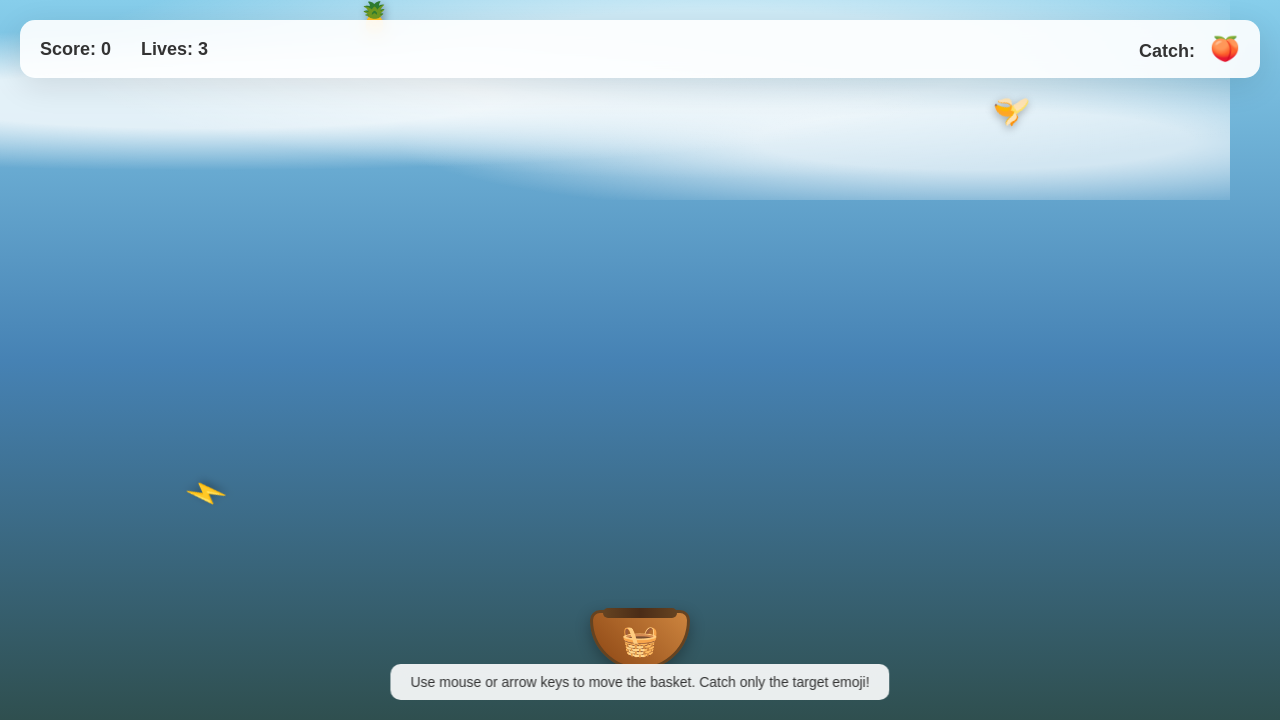
Repository: alokanand524/anand-portfolio
Page: games/rain-basket-game/index.html
These files come from the project's save history. The page is drawn as it stood at one moment and after the next save; the edit follows.
The browser window is 1280 px wide. The pictures show the whole page.

Above is the page before, as saved 2025-07-31 16:37:09.

### games/rain-basket-game/index.html
<!DOCTYPE html>
<html lang="en">
<head>
    <meta charset="UTF-8">
    <meta name="viewport" content="width=device-width, initial-scale=1.0">
    <title>Emoji Rain Catcher</title>
    <style>
        * {
            margin: 0;
            padding: 0;
            box-sizing: border-box;
        }

        body {
            font-family: 'Arial', sans-serif;
            background: linear-gradient(180deg, #87CEEB 0%, #4682B4 50%, #2F4F4F 100%);
            min-height: 100vh;
            overflow: hidden;
            position: relative;
            cursor: none;
        }

        .game-container {
            width: 100vw;
            height: 100vh;
            position: relative;
            overflow: hidden;
        }

        .game-header {
            position: fixed;
            top: 20px;
            left: 20px;
            right: 20px;
            z-index: 100;
            display: flex;
            justify-content: space-between;
            align-items: center;
            background: rgba(255, 255, 255, 0.9);
            padding: 15px 20px;
            border-radius: 15px;
            backdrop-filter: blur(10px);
            box-shadow: 0 8px 32px rgba(0, 0, 0, 0.1);
        }

        .score-info {
            display: flex;
            gap: 30px;
            align-items: center;
        }

        .score, .lives, .target {
            font-size: 18px;
            font-weight: bold;
            color: #333;
        }

        .target-emoji {
            font-size: 24px;
            margin-left: 10px;
            animation: pulse 1s ease-in-out infinite alternate;
        }

        @keyframes pulse {
            0% { transform: scale(1); }
            100% { transform: scale(1.2); }
        }

        .basket {
            position: fixed;
            bottom: 50px;
            left: 50%;
            transform: translateX(-50%);
            width: 100px;
            height: 60px;
            background: linear-gradient(45deg, #8B4513, #CD853F);
            border-radius: 10px 10px 50px 50px;
            border: 3px solid #654321;
            cursor: pointer;
            transition: all 0.1s ease;
            z-index: 50;
            box-shadow: 0 5px 15px rgba(0, 0, 0, 0.3);
        }

        .basket::before {
            content: '';
            position: absolute;
            top: -5px;
            left: 10px;
            right: 10px;
            height: 10px;
            background: linear-gradient(90deg, #654321, #4A2C17, #654321);
            border-radius: 5px;
        }

        .basket::after {
            content: '🧺';
            position: absolute;
            top: 50%;
            left: 50%;
            transform: translate(-50%, -50%);
            font-size: 30px;
        }

        .falling-emoji {
            position: absolute;
            font-size: 30px;
            user-select: none;
            z-index: 10;
            animation: fall linear;
            filter: drop-shadow(2px 2px 4px rgba(0, 0, 0, 0.3));
        }

        @keyframes fall {
            from {
                top: -50px;
                transform: rotate(0deg);
            }
            to {
                top: 100vh;
                transform: rotate(360deg);
            }
        }

        .catch-effect {
            position: absolute;
            font-size: 20px;
            color: #4CAF50;
            font-weight: bold;
            animation: catchEffect 1s ease-out forwards;
            z-index: 60;
            pointer-events: none;
        }

        @keyframes catchEffect {
            0% {
                opacity: 1;
                transform: scale(1) translateY(0);
            }
            100% {
                opacity: 0;
                transform: scale(1.5) translateY(-30px);
            }
        }

        .wrong-effect {
            position: absolute;
            font-size: 20px;
            color: #F44336;
            font-weight: bold;
            animation: wrongEffect 1s ease-out forwards;
            z-index: 60;
            pointer-events: none;
        }

        @keyframes wrongEffect {
            0% {
                opacity: 1;
                transform: scale(1);
            }
            50% {
                transform: scale(1.3);
            }
            100% {
                opacity: 0;
                transform: scale(0.8);
            }
        }

        .game-over {
            position: fixed;
            top: 50%;
            left: 50%;
            transform: translate(-50%, -50%);
            background: rgba(0, 0, 0, 0.9);
            color: white;
            padding: 40px;
            border-radius: 20px;
            text-align: center;
            z-index: 200;
            display: none;
            backdrop-filter: blur(10px);
        }

        .game-over h2 {
            font-size: 36px;
            margin-bottom: 20px;
            color: #FF6B6B;
        }

        .game-over p {
            font-size: 18px;
            margin-bottom: 30px;
        }

        .restart-btn {
            background: linear-gradient(45deg, #4CAF50, #45a049);
            color: white;
            border: none;
            padding: 15px 30px;
            font-size: 18px;
            border-radius: 10px;
            cursor: pointer;
            transition: all 0.3s ease;
        }

        .restart-btn:hover {
            transform: translateY(-2px);
            box-shadow: 0 5px 15px rgba(76, 175, 80, 0.3);
        }

        .instructions {
            position: fixed;
            bottom: 20px;
            left: 50%;
            transform: translateX(-50%);
            background: rgba(255, 255, 255, 0.9);
            padding: 10px 20px;
            border-radius: 10px;
            font-size: 14px;
            color: #333;
            z-index: 100;
            backdrop-filter: blur(10px);
        }

        .clouds {
            position: absolute;
            top: 0;
            left: 0;
            width: 100%;
            height: 200px;
            background:
                radial-gradient(ellipse at 20% 50%, rgba(255,255,255,0.8) 20%, transparent 50%),
                radial-gradient(ellipse at 60% 30%, rgba(255,255,255,0.6) 25%, transparent 60%),
                radial-gradient(ellipse at 80% 70%, rgba(255,255,255,0.7) 15%, transparent 40%);
            animation: drift 20s linear infinite;
            z-index: 1;
        }

        @keyframes drift {
            0% { transform: translateX(-100px); }
            100% { transform: translateX(100px); }
        }

        .screen-shake {
            animation: shake 0.5s ease-in-out;
        }

        @keyframes shake {
            0%, 100% { transform: translate(0, 0); }
            25% { transform: translate(-5px, 0); }
            50% { transform: translate(5px, 0); }
            75% { transform: translate(-5px, 0); }
        }
    </style>
</head>
<body>
    <div class="game-container" id="gameContainer">
        <div class="clouds"></div>

        <div class="game-header">
            <div class="score-info">
                <div class="score">Score: <span id="scoreValue">0</span></div>
                <div class="lives">Lives: <span id="livesValue">3</span></div>
            </div>
            <div class="target">
                Catch: <span class="target-emoji" id="targetEmoji">🍎</span>
            </div>
        </div>

        <div class="basket" id="basket"></div>

        <div class="game-over" id="gameOver">
            <h2>Game Over!</h2>
            <p>Final Score: <span id="finalScore">0</span></p>
            <button class="restart-btn" onclick="restartGame()">Play Again</button>
        </div>

        <div class="instructions">
            Use mouse or arrow keys to move the basket. Catch only the target emoji!
        </div>
    </div>

    <script>
        let score = 0;
        let lives = 3;
        let gameRunning = true;
        let basketPosition = 50; // percentage
        let currentTarget = '🍎';
        let gameSpeed = 1;
        let spawnRate = 1500;

        const emojis = ['🍎', '🍌', '🍊', '🍇', '🍓', '🥝', '🍑', '🍒', '🥭', '🍍'];
        const badEmojis = ['💣', '☠️', '⚡', '🔥', '❌'];

        const basket = document.getElementById('basket');
        const gameContainer = document.getElementById('gameContainer');
        const scoreElement = document.getElementById('scoreValue');
        const livesElement = document.getElementById('livesValue');
        const targetElement = document.getElementById('targetEmoji');
        const gameOverElement = document.getElementById('gameOver');
        const finalScoreElement = document.getElementById('finalScore');

        let spawnInterval;
        let difficultyInterval;

        function initGame() {
            score = 0;
            lives = 3;
            gameRunning = true;
            basketPosition = 50;
            gameSpeed = 1;
            spawnRate = 1500;
            updateUI();
            setNewTarget();
            startSpawning();
            startDifficultyIncrease();
        }

        function updateUI() {
            scoreElement.textContent = score;
            livesElement.textContent = lives;
            targetElement.textContent = currentTarget;
        }

        function setNewTarget() {
            const randomIndex = Math.floor(Math.random() * emojis.length);
            currentTarget = emojis[randomIndex];
            updateUI();
        }

        function moveBasket(newPosition) {
            basketPosition = Math.max(5, Math.min(95, newPosition));
            basket.style.left = basketPosition + '%';
        }

        function createFallingEmoji() {
            if (!gameRunning) return;

            const emoji = document.createElement('div');
            emoji.className = 'falling-emoji';

            // 70% chance for good emojis, 20% for target, 10% for bad emojis
            const rand = Math.random();
            if (rand < 0.2) {
                emoji.textContent = currentTarget;
                emoji.dataset.type = 'target';
            } else if (rand < 0.8) {
                const randomEmoji = emojis[Math.floor(Math.random() * emojis.length)];
                emoji.textContent = randomEmoji;
                emoji.dataset.type = randomEmoji === currentTarget ? 'target' : 'wrong';
            } else {
                const badEmoji = badEmojis[Math.floor(Math.random() * badEmojis.length)];
                emoji.textContent = badEmoji;
                emoji.dataset.type = 'bad';
            }

            emoji.style.left = Math.random() * 90 + 5 + '%';
            emoji.style.animationDuration = (3 / gameSpeed) + 's';

            gameContainer.appendChild(emoji);

            // Check for collision during fall
            const checkCollision = setInterval(() => {
                if (!gameRunning || !emoji.parentNode) {
                    clearInterval(checkCollision);
                    return;
                }

                const emojiRect = emoji.getBoundingClientRect();
                const basketRect = basket.getBoundingClientRect();

                // Check if emoji is at basket level and overlapping
                if (emojiRect.bottom >= basketRect.top &&
                    emojiRect.bottom <= basketRect.bottom + 20 &&
                    emojiRect.left < basketRect.right - 10 &&
                    emojiRect.right > basketRect.left + 10) {

                    handleCatch(emoji);
                    clearInterval(checkCollision);
                }

                // Remove emoji if it's off screen
                if (emojiRect.top > window.innerHeight) {
                    if (emoji.parentNode) {
                        emoji.remove();
                    }
                    clearInterval(checkCollision);
                }
            }, 50);
        }

        function handleCatch(emoji) {
            const emojiType = emoji.dataset.type;
            const basketRect = basket.getBoundingClientRect();

            emoji.remove();

            if (emojiType === 'target') {
                score += 10;
                showEffect(basketRect.left + basketRect.width/2, basketRect.top, '+10', 'catch-effect');

                // Change target after catching 3 of the same
                if (score % 30 === 0) {
                    setNewTarget();
                }
            } else if (emojiType === 'bad') {
                lives -= 2;
                showEffect(basketRect.left + basketRect.width/2, basketRect.top, '-2 Lives', 'wrong-effect');
                gameContainer.classList.add('screen-shake');
                setTimeout(() => gameContainer.classList.remove('screen-shake'), 500);
            } else {
                lives -= 1;
                showEffect(basketRect.left + basketRect.width/2, basketRect.top, '-1 Life', 'wrong-effect');
            }

            updateUI();

            if (lives <= 0) {
                endGame();
            }
        }

        function showEffect(x, y, text, className) {
            const effect = document.createElement('div');
            effect.className = className;
            effect.textContent = text;
            effect.style.left = x + 'px';
            effect.style.top = y + 'px';
            gameContainer.appendChild(effect);

            setTimeout(() => {
                if (effect.parentNode) {
                    effect.remove();
                }
            }, 1000);
        }

        function startSpawning() {
            spawnInterval = setInterval(() => {
                createFallingEmoji();
            }, spawnRate);
        }

        function startDifficultyIncrease() {
            difficultyInterval = setInterval(() => {
                if (gameSpeed < 3) {
                    gameSpeed += 0.1;
                }
                if (spawnRate > 800) {
                    spawnRate -= 50;
                    clearInterval(spawnInterval);
                    startSpawning();
                }
            }, 10000); // Increase difficulty every 10 seconds
        }

        function endGame() {
            gameRunning = false;
            clearInterval(spawnInterval);
            clearInterval(difficultyInterval);
            finalScoreElement.textContent = score;
            gameOverElement.style.display = 'block';

            // Remove all falling emojis
            const fallingEmojis = document.querySelectorAll('.falling-emoji');
            fallingEmojis.forEach(emoji => emoji.remove());
        }

        function restartGame() {
            gameOverElement.style.display = 'none';

            // Clear any remaining effects
            const effects = document.querySelectorAll('.catch-effect, .wrong-effect');
            effects.forEach(effect => effect.remove());

            initGame();
        }

        // Mouse controls
        document.addEventListener('mousemove', (e) => {
            if (gameRunning) {
                const mousePercent = (e.clientX / window.innerWidth) * 100;
                moveBasket(mousePercent);
            }
        });

        // Keyboard controls
        document.addEventListener('keydown', (e) => {
            if (!gameRunning) return;

            switch(e.key) {
                case 'ArrowLeft':
                case 'a':
                case 'A':
                    moveBasket(basketPosition - 3);
                    break;
                case 'ArrowRight':
                case 'd':
                case 'D':
                    moveBasket(basketPosition + 3);
                    break;
            }
        });

        // Touch controls for mobile
        document.addEventListener('touchmove', (e) => {
            if (gameRunning && e.touches.length > 0) {
                e.preventDefault();
                const touchPercent = (e.touches[0].clientX / window.innerWidth) * 100;
                moveBasket(touchPercent);
            }
        });

        // Prevent scrolling on mobile
        document.addEventListener('touchstart', (e) => {
            e.preventDefault();
        });

        document.addEventListener('touchend', (e) => {
            e.preventDefault();
        });

        // Initialize game on page load
        initGame();
    </script>
</body>
</html>

After the next save:
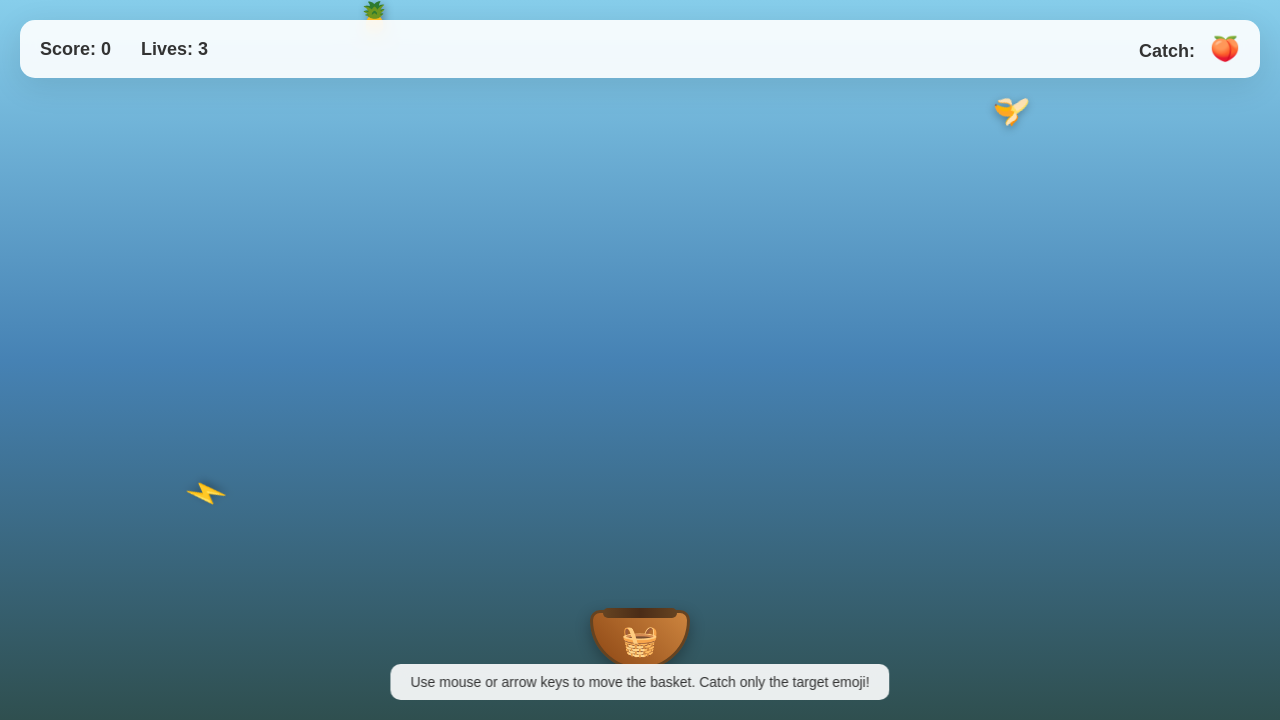
Saved 2 min 32 s later.
--- a/games/rain-basket-game/index.html
+++ b/games/rain-basket-game/index.html
@@ -256,7 +256,7 @@
 </head>
 <body>
     <div class="game-container" id="gameContainer">
-        <div class="clouds"></div>
+        <!-- <div class="clouds"></div> -->
 
         <div class="game-header">
             <div class="score-info">
